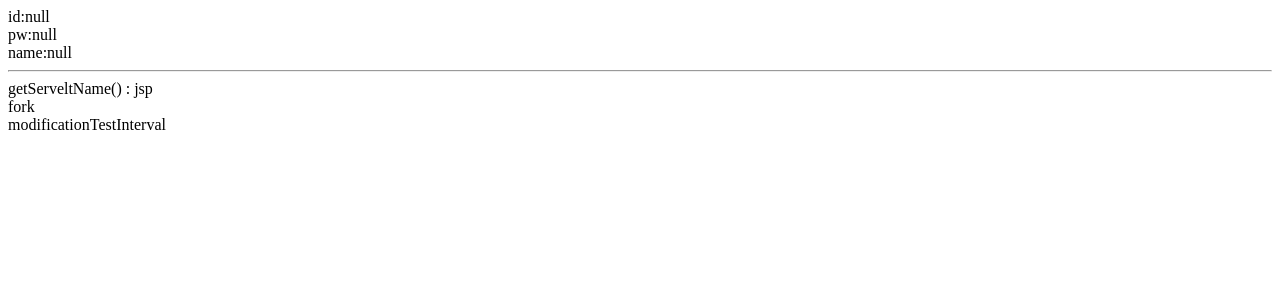
Repository: binkalos/JSP-STUDY
Page: http://localhost/2019-06-13/study_02_01.jsp
These files come from the project's save history. The page is drawn as it stood at one moment and after the next save; the edit follows.
The browser window is 1280 px wide. The pictures show the whole page.
The page is served by Tomcat 9. Nobody is signed in. The application's start-up code is not run.

Above is the page before, as saved 2019-06-20 02:38:48.

### 2019-06-13/WebContent/study_02_01.jsp
<%@page import="java.util.Enumeration"%>
<%@ page language="java" contentType="text/html; charset=UTF-8"
    pageEncoding="UTF-8"%>
<!DOCTYPE html>
<html>
<head>
<meta charset="UTF-8">
<title>Insert title here</title>
</head>
<body>
id:<%= config.getInitParameter("id") %><br>
pw:<%= config.getInitParameter("pw") %><br>
name:<%= config.getInitParameter("name") %><br>

<hr>
getServeltName() : <%=config.getServletName() %><br>

<%
	Enumeration en = config.getInitParameterNames();
while(en.hasMoreElements()){
	String initkey = (String)en.nextElement();
	String initvalue = config.getInitParameter(initkey);
	out.println(initkey + "<br>");
}
%>
</body>
</html>

After the next save:
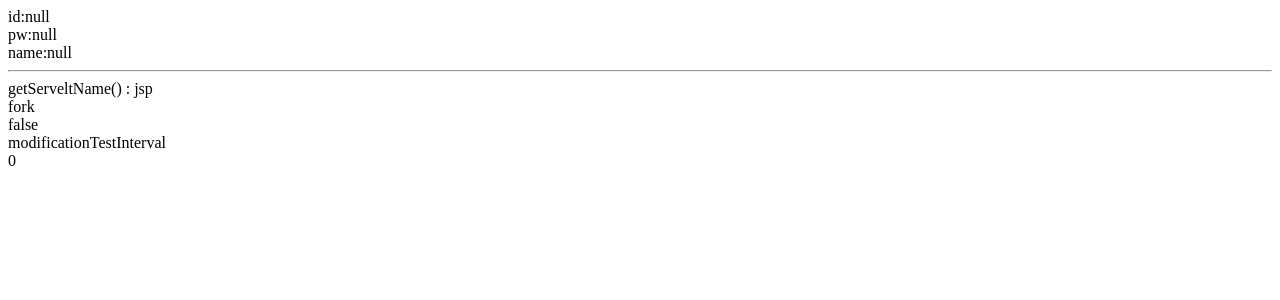
Saved 100 s later.
--- a/2019-06-13/WebContent/study_02_01.jsp
+++ b/2019-06-13/WebContent/study_02_01.jsp
@@ -20,7 +20,7 @@
 while(en.hasMoreElements()){
 	String initkey = (String)en.nextElement();
 	String initvalue = config.getInitParameter(initkey);
-	out.println(initkey + "<br>");
+	out.println(initkey + "<br>" + initvalue + "<br>");
 }
 %>
 </body>
